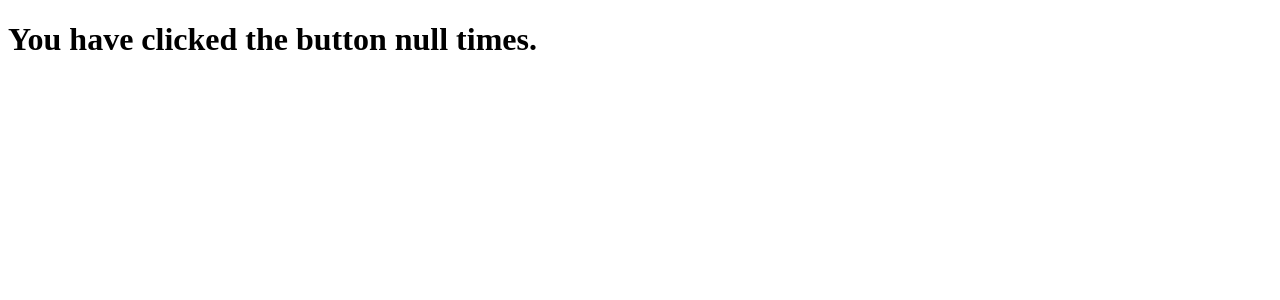
Repository: bchang1213/javaEE
Page: http://localhost/ButtonClicker/Home
These files come from the project's save history. The page is drawn as it stood at one moment and after the next save; the edit follows.
The browser window is 1280 px wide. The pictures show the whole page.
The page is served by Tomcat 9. Other server files are loaded and not shown.

Above is the page before, as saved 2017-10-06 21:25:07.

### ButtonClicker/WebContent/WEB-INF/views/ButtonClicker.jsp
<%@ page language="java" contentType="text/html; charset=UTF-8"
    pageEncoding="UTF-8"%>
<!DOCTYPE html PUBLIC "-//W3C//DTD HTML 4.01 Transitional//EN" "http://www.w3.org/TR/html4/loose.dtd">
<html>
<head>
<meta http-equiv="Content-Type" content="text/html; charset=UTF-8">
<title>Button Clicker</title>
</head>
<body>
	<h1>You have clicked the button <%= session.getAttribute("click") %> times. </h1>
	<form action="/ButtonControl">

	</form>
</body>
</html>

### ButtonClicker/src/com/brianchang/buttonclicker/controllers/Home.java
package com.brianchang.buttonclicker.controllers;

import java.io.IOException;

import javax.servlet.RequestDispatcher;
import javax.servlet.ServletException;
import javax.servlet.annotation.WebServlet;
import javax.servlet.http.HttpServlet;
import javax.servlet.http.HttpServletRequest;
import javax.servlet.http.HttpServletResponse;
import javax.servlet.http.HttpSession;

/**
 * Servlet implementation class Home
 */
@WebServlet("/Home")
public class Home extends HttpServlet {
	private static final long serialVersionUID = 1L;

    /**
     * @see HttpServlet#HttpServlet()
     */
    public Home() {
        super();
        // TODO Auto-generated constructor stub
    }

	/**
	 * @see HttpServlet#doGet(HttpServletRequest request, HttpServletResponse response)
	 */
	protected void doGet(HttpServletRequest request, HttpServletResponse response) throws ServletException, IOException {
		//Creating a session.
		HttpSession session = request.getSession();
		Integer count = (Integer) session.getAttribute("click");
		session.setAttribute("click", count);
		RequestDispatcher view = request.getRequestDispatcher("/WEB-INF/views/ButtonClicker.jsp");
		view.forward(request, response);
	}

	/**
	 * @see HttpServlet#doPost(HttpServletRequest request, HttpServletResponse response)
	 */
	protected void doPost(HttpServletRequest request, HttpServletResponse response) throws ServletException, IOException {
		// TODO Auto-generated method stub
		doGet(request, response);
	}

}

After the next save:
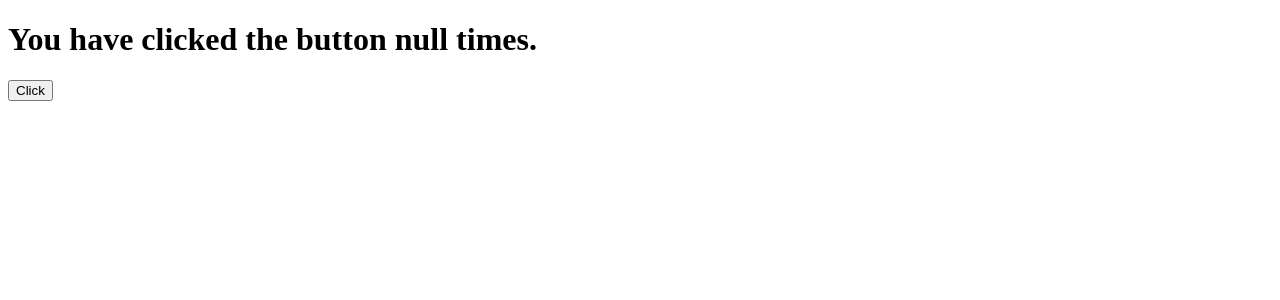
Saved 43 s later.
--- a/ButtonClicker/WebContent/WEB-INF/views/ButtonClicker.jsp
+++ b/ButtonClicker/WebContent/WEB-INF/views/ButtonClicker.jsp
@@ -8,8 +8,8 @@
 </head>
 <body>
 	<h1>You have clicked the button <%= session.getAttribute("click") %> times. </h1>
-	<form action="/ButtonControl">
-
+	<form action="/ButtonControl" method="POST">
+		<input type="submit" name="submit" value="Click">
 	</form>
 </body>
 </html>
